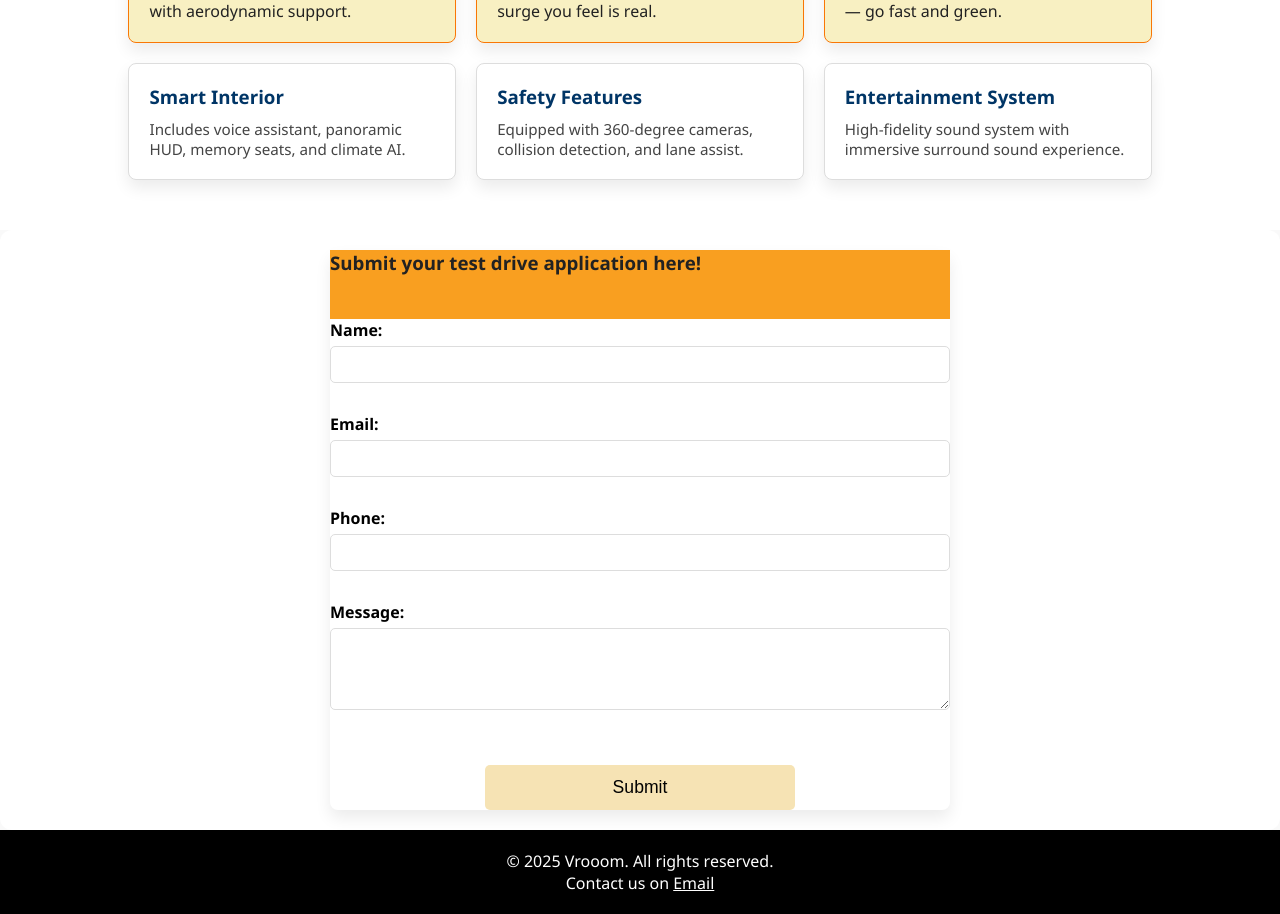
Repository: JiaheSu22/vrooom-responsive-main
Page: index.html
These files come from the project's save history. The page is drawn as it stood at one moment and after the next save; the edit follows.
The browser window is 1280 px wide. The pictures show the part of the page from y = 838 to 1790 px (the page is 1752 px tall before and 1849 px after).
A picture or video elsewhere on the page could not be fetched, so the positions and the page height are approximate.

Above is the page before, as saved 2025-04-11 15:48:13.

After the next save:
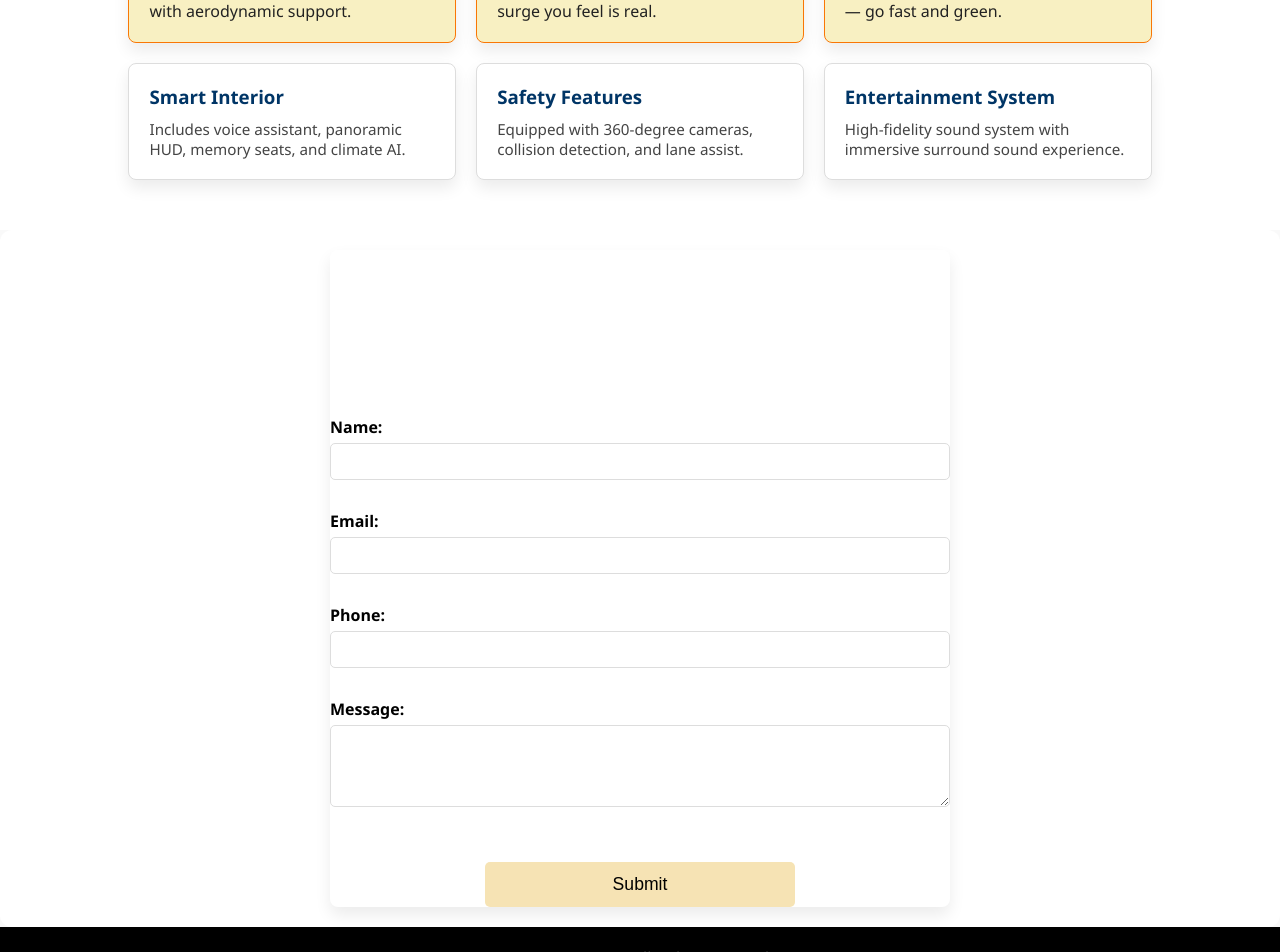
Saved 109 s later.
--- a/index.html
+++ b/index.html
@@ -158,9 +158,15 @@
     }
 
     .form-header {
-      background-color: #f99f20;
-      padding: 0;
-      width: 100%;
+      background-size: cover;
+      border-top-left-radius: 10px;
+      border-top-right-radius: 10px;
+      font-size: 1.6em;
+      margin-bottom: 20px;
+      padding-top: 15px;
+      padding-left: 15px;
+      padding-bottom: 20px;
+      color: #ffffff;
     }
 
     .form-section form {

After the save that followed:
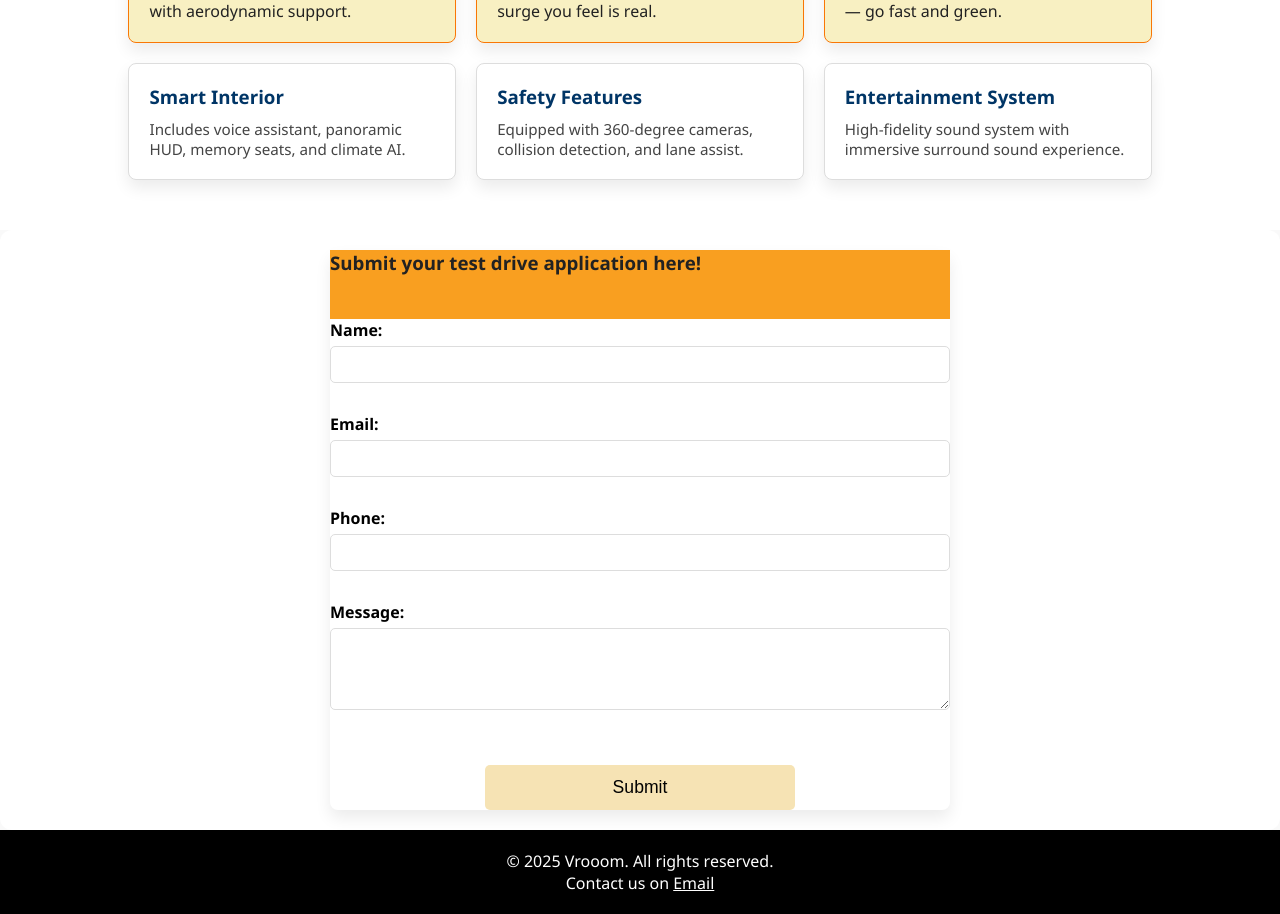
Saved 4 min 59 s later.
--- a/index.html
+++ b/index.html
@@ -158,15 +158,9 @@
     }
 
     .form-header {
-      background-size: cover;
-      border-top-left-radius: 10px;
-      border-top-right-radius: 10px;
-      font-size: 1.6em;
-      margin-bottom: 20px;
-      padding-top: 15px;
-      padding-left: 15px;
-      padding-bottom: 20px;
-      color: #ffffff;
+      background-color: #f99f20;
+      padding: 0;
+      width: 100%;
     }
 
     .form-section form {
